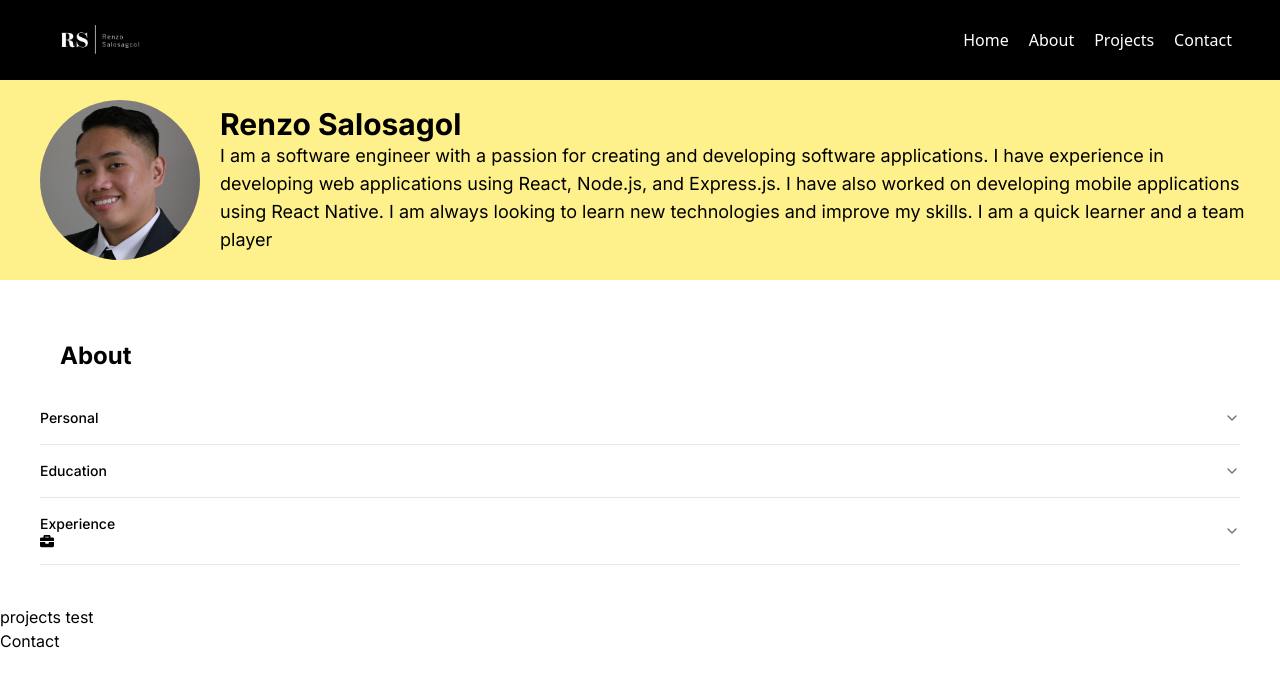
Repository: Renzo-Salosagcol/Portfolio-Website
Page: / (app in resume_website/)
These files come from the project's save history. The page is drawn as it stood at one moment and after the next save; the edit follows.
The browser window is 1280 px wide. The pictures show the whole page.
The project was rebuilt for these pictures with package versions that can differ from the ones it lists, and the page was loaded fresh each time. Also part of the build but not shown: resume_website/vite.config.js.

Above is the page before, as saved 2024-12-11 09:10:27.

### resume_website/index.html
<!doctype html>
<html lang="en">
  <head>
    <meta charset="UTF-8" />
    <link rel="icon" type="image/svg+xml" href="/vite.svg" />
    <meta name="viewport" content="width=device-width, initial-scale=1.0" />
    <title>Renzo Salosagcol</title>
  </head>
  <body>
    <div id="root"></div>
    <script type="module" src="/src/main.jsx"></script>
  </body>
</html>

### resume_website/src/index.css
@import url('https://fonts.googleapis.com/css2?family=Inter:opsz,wght@14..32,100..900&family=Roboto:wght@400;500;700&display=swap');

@tailwind base;
@tailwind components;
@tailwind utilities;

:root {
  font-family: "Inter", sans-serif;
}

### resume_website/src/App.jsx
import Nav from './components/Nav'
import Hero from "./components/Hero";
import About from "./components/about";
import Projects from "./components/projects";

const App = () => {
  return (
    <div>
      <div class="fixed h-full w-full bg-blue"><div class="absolute bottom-0 left-0 right-0 top-0 bg-[url(&#x27;/noise.png&#x27;)] bg-[size:300px_300px] bg-left-top"></div>
      </div>
      <nav className="fixed block w-full h-20 top-0">
        <Nav />
      </nav>
      <main className="mt-20">
        <Hero />
        <About />
        <Projects />

      </main>
      <footer>
        Contact
      </footer>
    </div>
  )
}

export default App;

### resume_website/src/components/Nav.jsx
import logoImage from "../assets/InitialPortfolioLogo.png";
import {
  NavigationMenu,
  NavigationMenuContent,
  NavigationMenuIndicator,
  NavigationMenuItem,
  NavigationMenuLink,
  NavigationMenuList,
  NavigationMenuTrigger,
  NavigationMenuViewport,
} from "../components/ui/navigation-menu";
import { navigationMenuTriggerStyle } from "../components/ui/navigation-menu";


const Nav = () => {
  return (
    <nav className="flex items-center bg-black w-full justify-between h-10 p-10 top-0">
      <div className="mx-5 flex-shrink-0">
        <img className="w-20 h-15" src={logoImage} alt="logo" />
      </div>
      <div className="flex-1 flex justify-end text-white">
        <NavigationMenu className="font-sans w-max">
          <NavigationMenuList className="flex">
            <NavigationMenuItem className="flex-1 px-2">
              <NavigationMenuLink href="#" className="hover:underline">Home</NavigationMenuLink>
            </NavigationMenuItem>
            <NavigationMenuItem className="flex-1 px-2">
              <NavigationMenuLink href="#" className="hover:underline">About</NavigationMenuLink>
            </NavigationMenuItem>
            <NavigationMenuItem className="flex-1 px-2">
              <NavigationMenuLink href="#" className="hover:underline">Projects</NavigationMenuLink>
            </NavigationMenuItem>
            <NavigationMenuItem className="flex-1 px-2">
              <NavigationMenuLink href="#" className="hover:underline">Contact</NavigationMenuLink>
            </NavigationMenuItem>
          </NavigationMenuList>
        </NavigationMenu>
      </div>
    </nav>
  );
}

export default Nav;

### resume_website/src/components/Hero.jsx
import profilePic from "../assets/ProfilePic.png";
import {HERO_INFO} from "../assets/constants";

const Hero = () => {
  return (
    <div className="bg-yellow-200 text-black w-full flex items-center justify-between p-5">
      <img src={ profilePic } alt="profile" className="w-50 h-40 rounded-full mx-5"/>
      <div className="justify-items-start">
        <h1 className="text-3xl font-bold">Renzo Salosagol</h1>
        <p className="text-lg">{HERO_INFO}</p>
      </div>
    </div>
  );
};

export default Hero;

### resume_website/src/components/about.jsx
import {
  Accordion,
  AccordionContent,
  AccordionItem,
  AccordionTrigger,
} from "@/components/ui/accordion"
import { PERSONAL_INFO, EDUCATION_INFO, EXPERIENCE_INFO } from "../assets/constants";
import { FaBriefcase } from "react-icons/fa"


const About = () => {
  return (
    <div className="p-10">
      <h1 className="text-2xl font-bold p-5">About</h1>
      <Accordion type="multiple" collapsible className="w-full">
        <AccordionItem value="item-1">
          <AccordionTrigger>Personal</AccordionTrigger>
          <AccordionContent>
            <div>{ PERSONAL_INFO }</div>
          </AccordionContent>
        </AccordionItem>
        <AccordionItem value="item-2">
          <AccordionTrigger>Education</AccordionTrigger>
          <AccordionContent>
            <div>{ EDUCATION_INFO }</div>
          </AccordionContent>
        </AccordionItem>
        <AccordionItem value="item-3">
          <AccordionTrigger className="">
            <div>Experience<FaBriefcase></FaBriefcase></div>
          </AccordionTrigger>
          <AccordionContent>
            <div>{ EXPERIENCE_INFO }</div>
          </AccordionContent>
        </AccordionItem>
      </Accordion>
    </div>
  );
}

export default About;

### resume_website/src/components/projects.jsx
const Projects = () => {
  return (
    <div>
      projects test
    </div>
  );
}

export default Projects;

### resume_website/src/components/ui/navigation-menu.jsx
import * as React from "react"
import * as NavigationMenuPrimitive from "@radix-ui/react-navigation-menu"
import { cva } from "class-variance-authority"
import { ChevronDown } from "lucide-react"

import { cn } from "@/lib/utils"

const NavigationMenu = React.forwardRef(({ className, children, ...props }, ref) => (
  <NavigationMenuPrimitive.Root
    ref={ref}
    className={cn(
      "relative z-10 flex max-w-max flex-1 items-center justify-center",
      className
    )}
    {...props}>
    {children}
    <NavigationMenuViewport />
  </NavigationMenuPrimitive.Root>
))
NavigationMenu.displayName = NavigationMenuPrimitive.Root.displayName

const NavigationMenuList = React.forwardRef(({ className, ...props }, ref) => (
  <NavigationMenuPrimitive.List
    ref={ref}
    className={cn(
      "group flex flex-1 list-none items-center justify-center space-x-1",
      className
    )}
    {...props} />
))
NavigationMenuList.displayName = NavigationMenuPrimitive.List.displayName

const NavigationMenuItem = NavigationMenuPrimitive.Item

const navigationMenuTriggerStyle = cva(
  "group inline-flex h-9 w-max items-center justify-center rounded-md bg-white px-4 py-2 text-sm font-medium transition-colors hover:bg-zinc-100 hover:text-zinc-900 focus:bg-zinc-100 focus:text-zinc-900 focus:outline-none disabled:pointer-events-none disabled:opacity-50 data-[active]:bg-zinc-100/50 data-[state=open]:bg-zinc-100/50 dark:bg-zinc-950 dark:hover:bg-zinc-800 dark:hover:text-zinc-50 dark:focus:bg-zinc-800 dark:focus:text-zinc-50 dark:data-[active]:bg-zinc-800/50 dark:data-[state=open]:bg-zinc-800/50"
)

const NavigationMenuTrigger = React.forwardRef(({ className, children, ...props }, ref) => (
  <NavigationMenuPrimitive.Trigger
    ref={ref}
    className={cn(navigationMenuTriggerStyle(), "group", className)}
    {...props}>
    {children}{""}
    <ChevronDown
      className="relative top-[1px] ml-1 h-3 w-3 transition duration-300 group-data-[state=open]:rotate-180"
      aria-hidden="true" />
  </NavigationMenuPrimitive.Trigger>
))
NavigationMenuTrigger.displayName = NavigationMenuPrimitive.Trigger.displayName

const NavigationMenuContent = React.forwardRef(({ className, ...props }, ref) => (
  <NavigationMenuPrimitive.Content
    ref={ref}
    className={cn(
      "left-0 top-0 w-full data-[motion^=from-]:animate-in data-[motion^=to-]:animate-out data-[motion^=from-]:fade-in data-[motion^=to-]:fade-out data-[motion=from-end]:slide-in-from-right-52 data-[motion=from-start]:slide-in-from-left-52 data-[motion=to-end]:slide-out-to-right-52 data-[motion=to-start]:slide-out-to-left-52 md:absolute md:w-auto",
      className
    )}
    {...props} />
))
NavigationMenuContent.displayName = NavigationMenuPrimitive.Content.displayName

const NavigationMenuLink = NavigationMenuPrimitive.Link

const NavigationMenuViewport = React.forwardRef(({ className, ...props }, ref) => (
  <div className={cn("absolute left-0 top-full flex justify-center")}>
    <NavigationMenuPrimitive.Viewport
      className={cn(
        "origin-top-center relative mt-1.5 h-[var(--radix-navigation-menu-viewport-height)] w-full overflow-hidden rounded-md border border-zinc-200 bg-white text-zinc-950 shadow data-[state=open]:animate-in data-[state=closed]:animate-out data-[state=closed]:zoom-out-95 data-[state=open]:zoom-in-90 md:w-[var(--radix-navigation-menu-viewport-width)] dark:border-zinc-800 dark:bg-zinc-950 dark:text-zinc-50",
        className
      )}
      ref={ref}
      {...props} />
  </div>
))
NavigationMenuViewport.displayName =
  NavigationMenuPrimitive.Viewport.displayName

const NavigationMenuIndicator = React.forwardRef(({ className, ...props }, ref) => (
  <NavigationMenuPrimitive.Indicator
    ref={ref}
    className={cn(
      "top-full z-[1] flex h-1.5 items-end justify-center overflow-hidden data-[state=visible]:animate-in data-[state=hidden]:animate-out data-[state=hidden]:fade-out data-[state=visible]:fade-in",
      className
    )}
    {...props}>
    <div
      className="relative top-[60%] h-2 w-2 rotate-45 rounded-tl-sm bg-zinc-200 shadow-md dark:bg-zinc-800" />
  </NavigationMenuPrimitive.Indicator>
))
NavigationMenuIndicator.displayName =
  NavigationMenuPrimitive.Indicator.displayName

export {
  navigationMenuTriggerStyle,
  NavigationMenu,
  NavigationMenuList,
  NavigationMenuItem,
  NavigationMenuContent,
  NavigationMenuTrigger,
  NavigationMenuLink,
  NavigationMenuIndicator,
  NavigationMenuViewport,
}

### resume_website/src/assets/constants.js
export const HERO_INFO = "I am a software engineer with a passion for creating and developing software applications. I have experience in developing web applications using React, Node.js, and Express.js. I have also worked on developing mobile applications using React Native. I am always looking to learn new technologies and improve my skills. I am a quick learner and a team player"

export const PERSONAL_INFO = "Personal: John Doe is located in Fullerton, California, United States. Contact: johndoe@example.com | (123) 456-7890. LinkedIn: linkedin.com/in/johndoe. Passionate and results-oriented software engineer with 5+ years of experience in developing scalable web applications. Adept at collaborating with cross-functional teams and committed to staying updated with the latest industry trends."

export const EDUCATION_INFO = "Education: Master of Science in Computer Science, University of California, Irvine, CA. Graduated: June 2022. Relevant Courses: Advanced Algorithms, Machine Learning, Distributed Systems. Bachelor of Science in Computer Science, California State University, Fullerton, CA. Graduated: May 2020. Relevant Courses: Data Structures, Database Management, Software Engineering."

export const EXPERIENCE_INFO = "Experience: Software Engineer at Tech Innovators Inc., Los Angeles, CA (June 2022 - Present). Developed and maintained web applications using React, Node.js, and MongoDB. Implemented RESTful APIs to enhance the functionality of the company's services. Collaborated with the product team to design and optimize user experiences. Junior Software Developer at Web Solutions LLC, Anaheim, CA (August 2020 - May 2022). Assisted in the development of e-commerce websites using HTML, CSS, and JavaScript. Worked closely with senior developers to troubleshoot and resolve software issues. Participated in code reviews and contributed to the improvement of development processes. Intern at Digital Innovations, Santa Ana, CA (June 2019 - August 2019). Supported the development of mobile applications using Flutter. Conducted testing and debugging to ensure app functionality and performance. Engaged in team meetings to discuss project progress and challenges."

### resume_website/src/components/ui/accordion.jsx
import * as React from "react"
import * as AccordionPrimitive from "@radix-ui/react-accordion"
import { ChevronDown } from "lucide-react"

import { cn } from "@/lib/utils"

const Accordion = AccordionPrimitive.Root

const AccordionItem = React.forwardRef(({ className, ...props }, ref) => (
  <AccordionPrimitive.Item ref={ref} className={cn("border-b", className)} {...props} />
))
AccordionItem.displayName = "AccordionItem"

const AccordionTrigger = React.forwardRef(({ className, children, ...props }, ref) => (
  <AccordionPrimitive.Header className="flex">
    <AccordionPrimitive.Trigger
      ref={ref}
      className={cn(
        "flex flex-1 items-center justify-between py-4 text-sm font-medium transition-all hover:underline text-left [&[data-state=open]>svg]:rotate-180",
        className
      )}
      {...props}>
      {children}
      <ChevronDown
        className="h-4 w-4 shrink-0 text-zinc-500 transition-transform duration-200 dark:text-zinc-400" />
    </AccordionPrimitive.Trigger>
  </AccordionPrimitive.Header>
))
AccordionTrigger.displayName = AccordionPrimitive.Trigger.displayName

const AccordionContent = React.forwardRef(({ className, children, ...props }, ref) => (
  <AccordionPrimitive.Content
    ref={ref}
    className="overflow-hidden text-sm data-[state=closed]:animate-accordion-up data-[state=open]:animate-accordion-down"
    {...props}>
    <div className={cn("pb-4 pt-0", className)}>{children}</div>
  </AccordionPrimitive.Content>
))
AccordionContent.displayName = AccordionPrimitive.Content.displayName

export { Accordion, AccordionItem, AccordionTrigger, AccordionContent }

Loaded but not shown: resume_website/src/main.jsx (common file); resume_website/src/lib/utils.js (common file); resume_website/tailwind.config.js (common file)

After the next save:
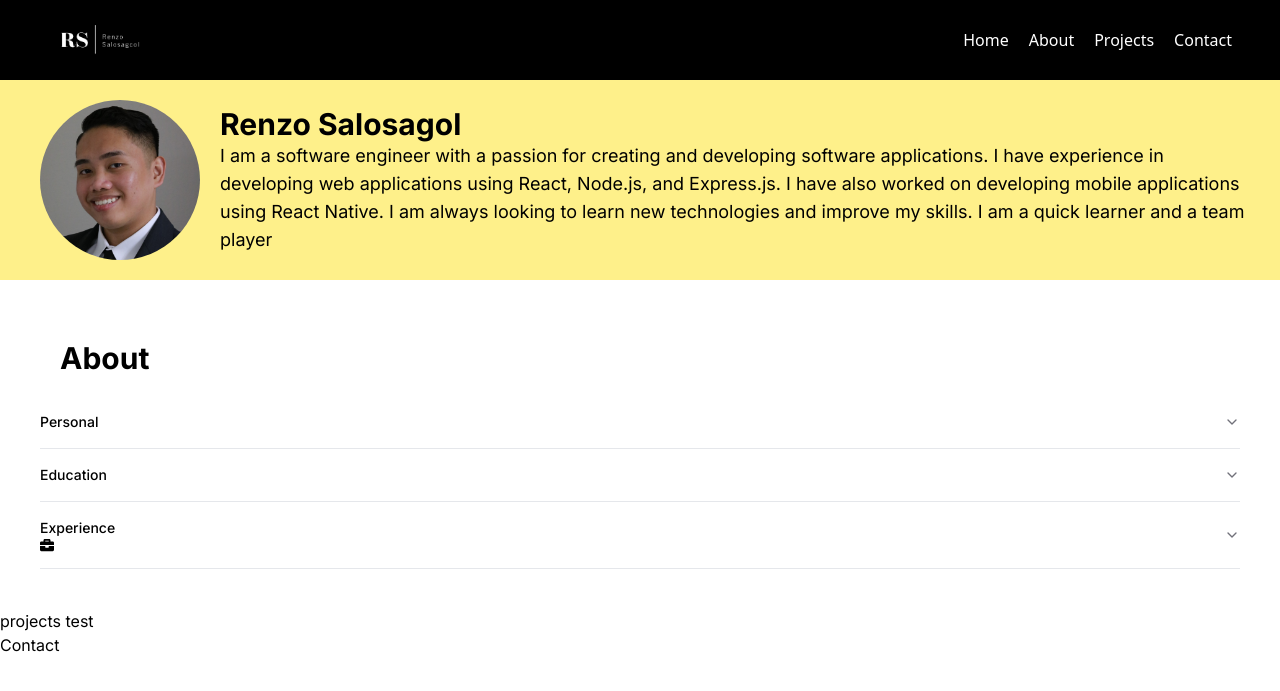
Saved 92 s later.
--- a/resume_website/src/components/about.jsx
+++ b/resume_website/src/components/about.jsx
@@ -11,7 +11,7 @@ import { FaBriefcase } from "react-icons/fa"
 const About = () => {
   return (
     <div className="p-10">
-      <h1 className="text-2xl font-bold p-5">About</h1>
+      <h1 className="text-3xl font-bold p-5">About</h1>
       <Accordion type="multiple" collapsible className="w-full">
         <AccordionItem value="item-1">
           <AccordionTrigger>Personal</AccordionTrigger>
